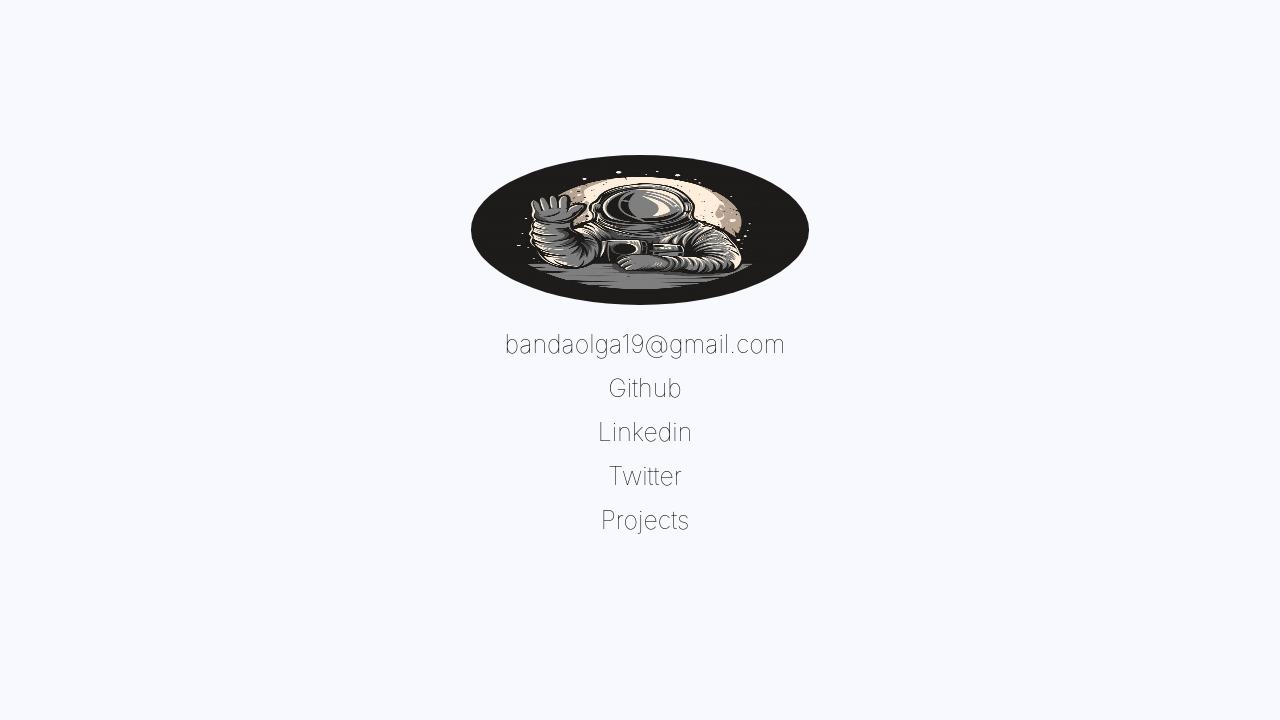
Repository: G1ft-Banda/My-portfolio-Website
Page: /
These files come from the project's save history. The page is drawn as it stood at one moment and after a run of saves; the edit follows.
The browser window is 1280 px wide. The pictures show the whole page.
The project was rebuilt for these pictures with package versions that can differ from the ones it lists, and the page was loaded fresh each time. The framework's server and built-in components were replaced by stand-ins that run in the browser. Also part of the build but not shown: next.config.js.

Above is the page before, as saved 2022-09-29 11:59:27.

### pages/_app.js
import "../styles/globals.css";
import Head from "next/head";

function MyApp({ Component, pageProps }) {
  return (
    <>
      <Head>
        <script
          src="https://kit.fontawesome.com/d14a45b8f3.js"
          crossorigin="anonymous"
        ></script>
      </Head>
      <Component {...pageProps} />
    </>
  );
}

export default MyApp;

### pages/index.js
import Head from "next/head";
import Image from "next/image";

export default function Home() {
  return (
    <div>
      <Head>
        <title>Gift Banda</title>
        <meta name="description" content="Olga Banda Portfolio website" />
        <link rel="icon" href="/favicon.ico" />
      </Head>
      <main>
        <Image
          className="avatar"
          src="/astronaut.jpg"
          width={150}
          height={150}
        />
        <ul>
          <li className="social-links">
            <i class="fa-solid fa-envelope"></i>
            <a href="mailto:bandaolga19@gmail.com">bandaolga19@gmail.com</a>
          </li>
          <li className="social-links">
            <i class="fa-brands fa-github"></i>
            <a href="https://github.com/G1ft-Banda">Github</a>
          </li>
          <li className="social-links">
            <i class="fa-brands fa-linkedin"></i>
            <a href="https://www.linkedin.com/in/gift-banda-954151205/">
              Linkedin
            </a>
          </li>
          <li className="social-links">
            <i class="fa-brands fa-twitter"></i>
            <a href="https://twitter.com/giftbanda00">Twitter</a>
          </li>
          <li className="social-links">
            <i class="fa-solid fa-code"></i>
            <a href="/projects">Projects</a>
          </li>
        </ul>
      </main>
    </div>
  );
}

### styles/globals.css
html,
body {
  padding: 0;
  margin: 0;
  font-family: -apple-system, BlinkMacSystemFont, Segoe UI, Roboto, Oxygen,
    Ubuntu, Cantarell, Fira Sans, Droid Sans, Helvetica Neue, sans-serif;
  background-color: ghostwhite;
}

a {
  color: inherit;
  text-decoration: none;
}

* {
  box-sizing: border-box;
}

main {
  min-width: 100vw;
  min-height: 100vh;
  display: grid;
  place-content: center;
}

.avatar {
  border-radius: 50%;
  max-width: fit-content;
  margin: auto;
  width: 150px;
}
ul {
  margin: 0;
  padding: 20px;
}

.social-links {
  text-decoration: none;
  font-size: 25px;
  display: flex;
  flex-wrap: wrap;
  gap: 10px;
  align-items: center;
  font-weight: 100;
  padding: 4px;
  margin-bottom: 6px;
  justify-content: center;
}

.social-links > a:hover {
  text-decoration: underline;
}

@media (prefers-color-scheme: dark) {
  html {
    color-scheme: dark;
  }
  body {
    color: white;
    background: black;
  }
}

After the next 2 saves:
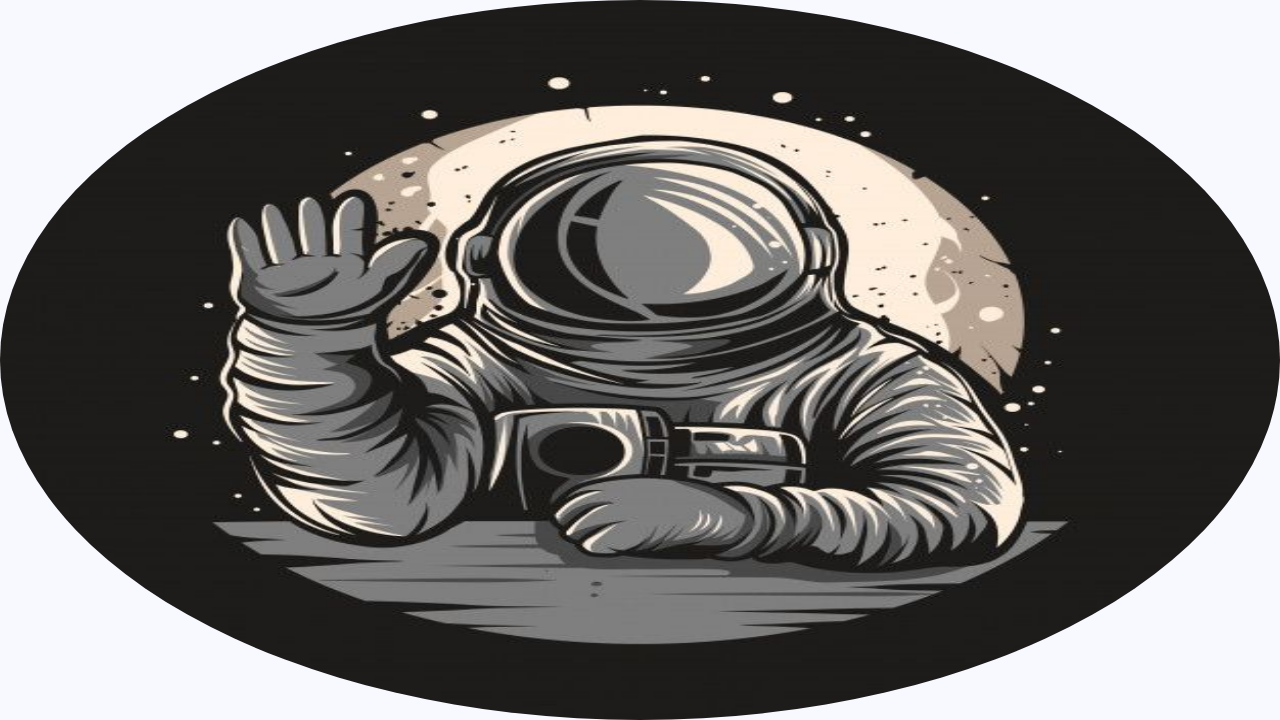
The 2 saves are shown as one change because 1 did not build or start.
The last was saved 49 s later.
--- a/pages/index.js
+++ b/pages/index.js
@@ -10,12 +10,7 @@
         <link rel="icon" href="/favicon.ico" />
       </Head>
       <main>
-        <Image
-          className="avatar"
-          src="/astronaut.jpg"
-          width={150}
-          height={150}
-        />
+        <Image className="avatar" src="/astronaut.jpg" layout="fill" />
         <ul>
           <li className="social-links">
             <i class="fa-solid fa-envelope"></i>

After the save that followed:
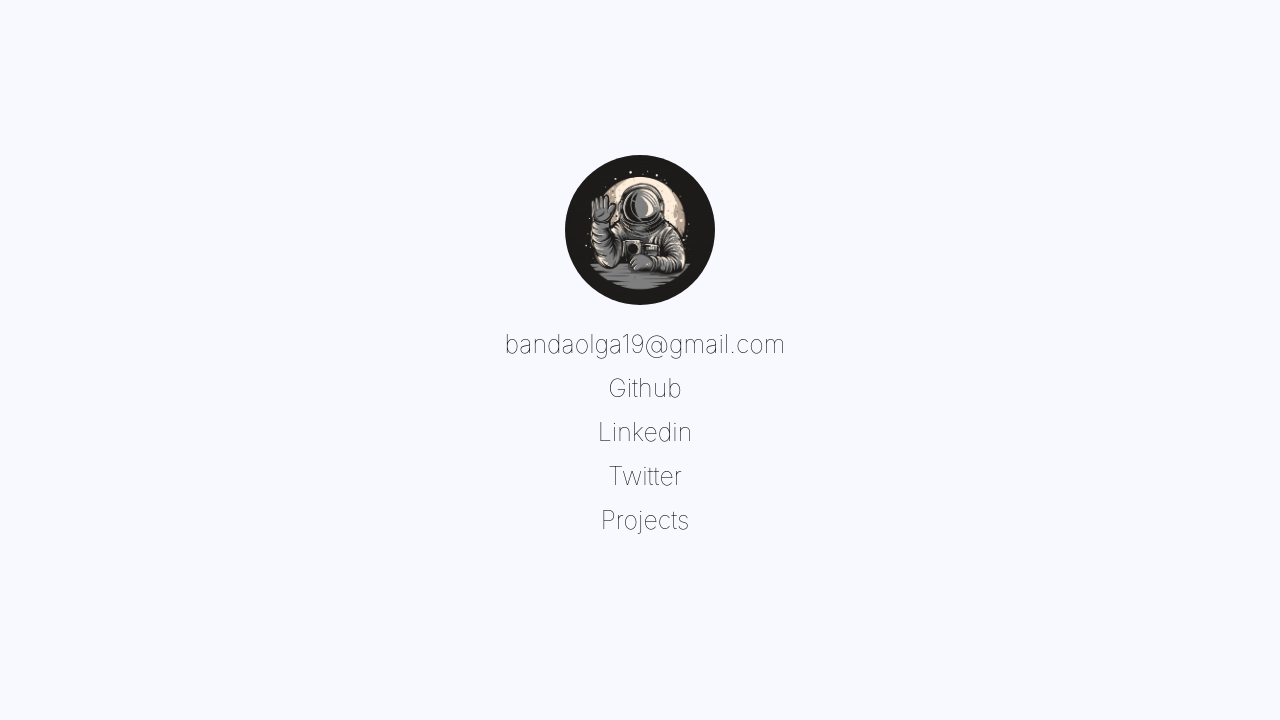
Saved 83 s later.
--- a/pages/index.js
+++ b/pages/index.js
@@ -6,11 +6,11 @@
     <div>
       <Head>
         <title>Gift Banda</title>
-        <meta name="description" content="Olga Banda Portfolio website" />
+        <meta name="description" content="Olga Banda Portfolio" />
         <link rel="icon" href="/favicon.ico" />
       </Head>
       <main>
-        <Image className="avatar" src="/astronaut.jpg" layout="fill" />
+        <img className="avatar" src="/astronaut.jpg" />
         <ul>
           <li className="social-links">
             <i class="fa-solid fa-envelope"></i>
